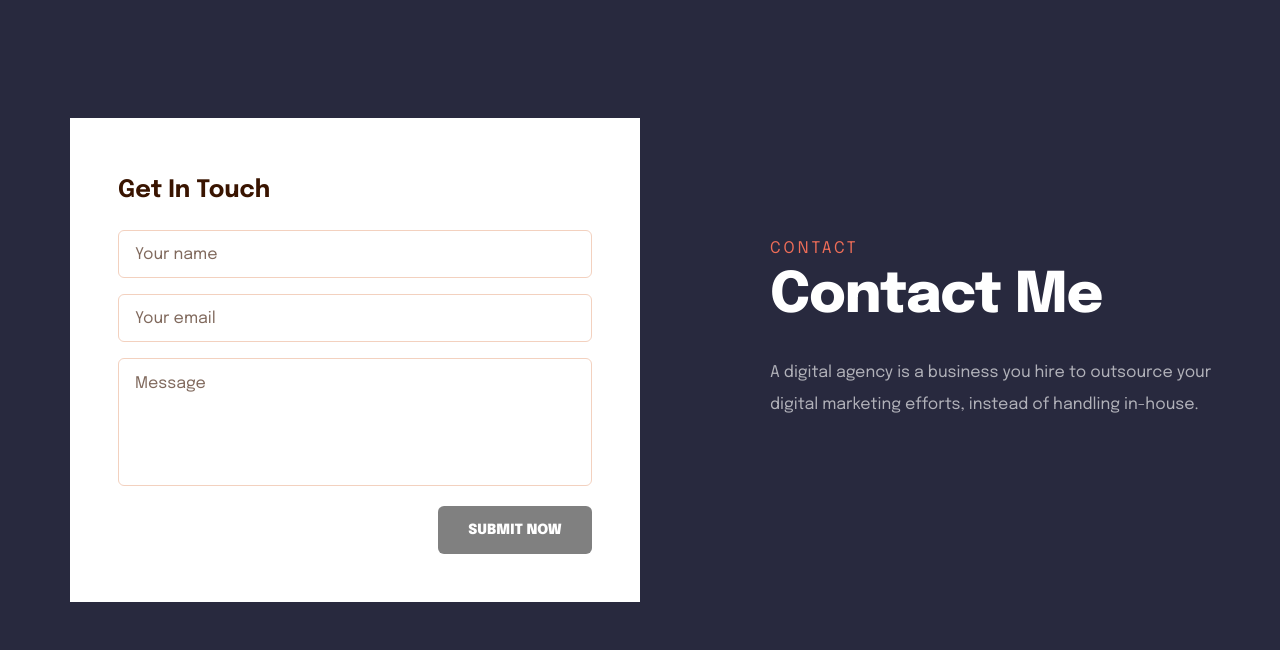
Repository: SabrinaSeydaliyeva/Task-17
Page: pages/contactPage/index.html
An editor plug-in stored every save of this project. The page is shown before and after the next save, followed by the edit.
The browser window is 1280 px wide. The pictures show the whole page.
The style sheet was rebuilt from its Sass, Less or Tailwind sources for each picture, by a compiler version that may differ from the author's.

Above is the page before, as saved 2023-09-06 16:17:41.

After the next save:
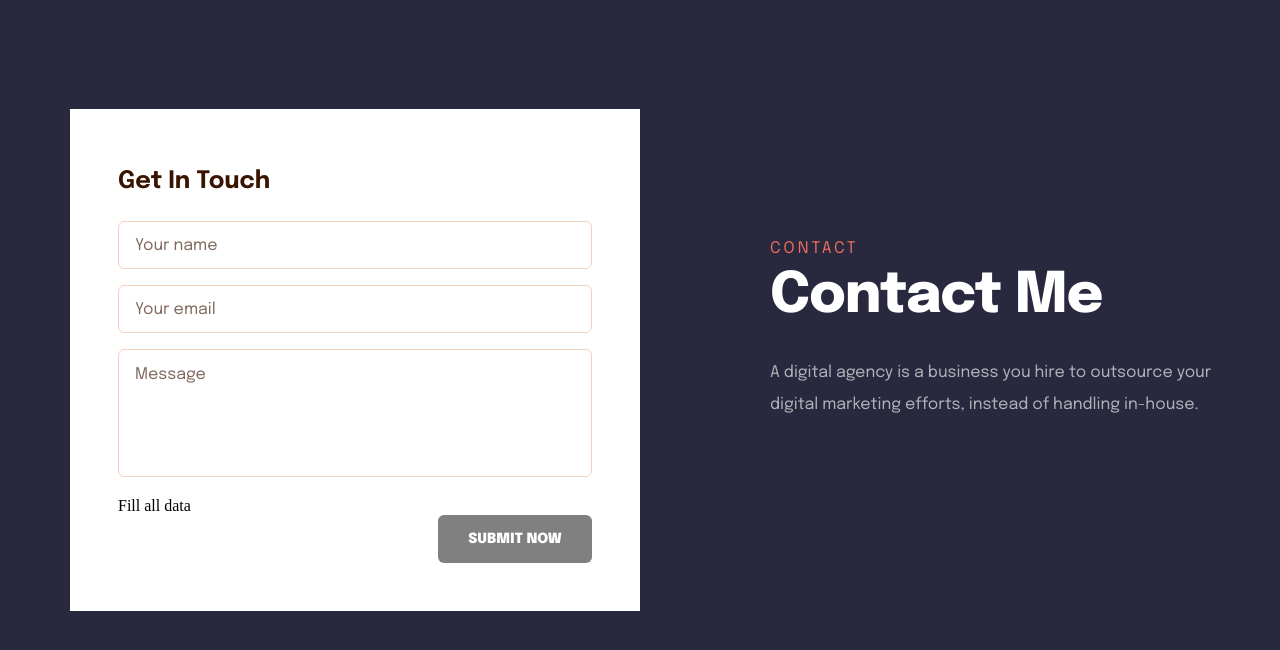
Saved 6 s later.
--- a/pages/contactPage/index.html
+++ b/pages/contactPage/index.html
@@ -30,7 +30,7 @@
           <label for="">
             <textarea class="message" placeholder="Message" name=""></textarea required>
           </label>
-          <p></p>
+          <p>Fill all data</p>
           <button disabled>Submit Now</button>
         </form>
       </div>
